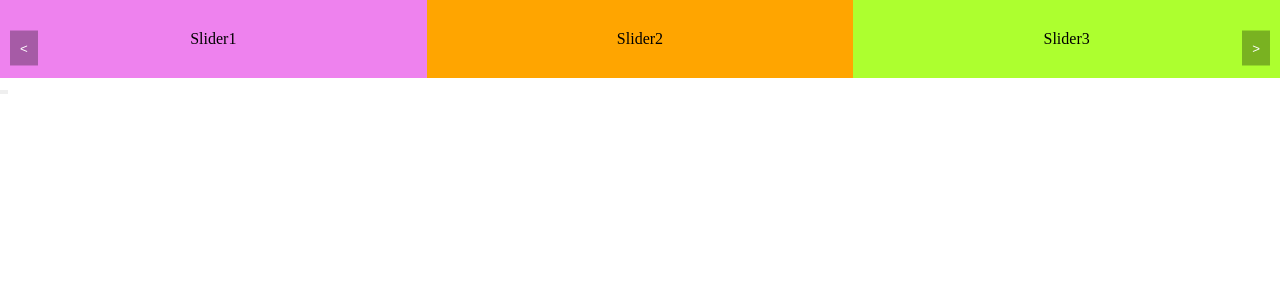
Repository: hoangan3526/Slideslip
Page: slidezy.html
These files come from the project's save history. The page is drawn as it stood at one moment and after the next save; the edit follows.
The browser window is 1280 px wide. The pictures show the whole page.

Above is the page before, as saved 2026-05-16 21:00:46.

After the next save:
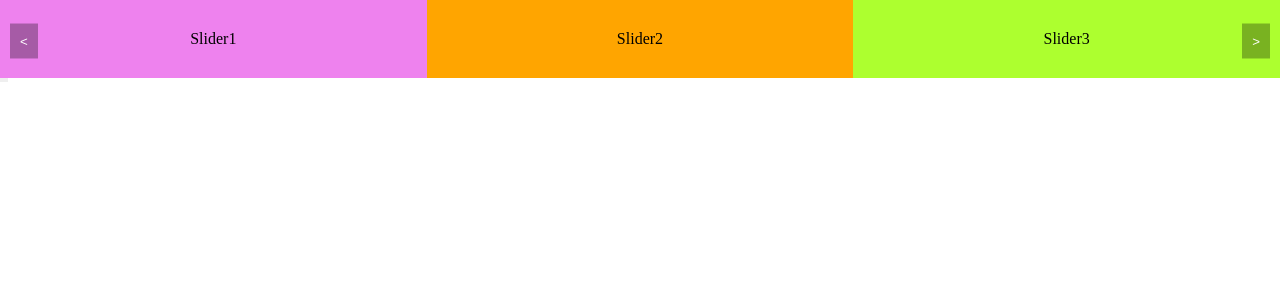
Saved 59 s later.
--- a/src/slidezy.css
+++ b/src/slidezy.css
@@ -31,3 +31,6 @@
 .slidezy-next {
   right: 10px;
 }
+.slidezy-nav {
+  display: flex;
+}
